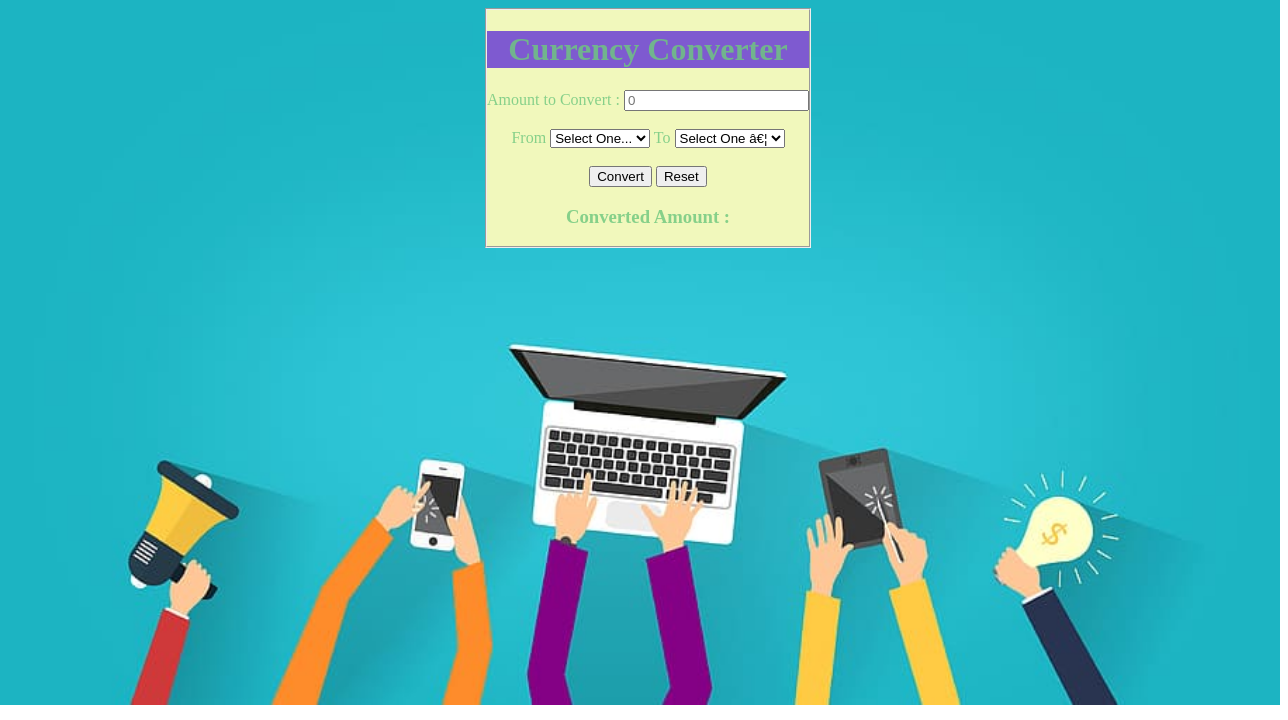
Repository: AJEET006/AdvanceJava-DSA
Page: ADVANCE_JAVA/HW_Example/WebContent/CurrencyConverter.html
An editor plug-in stored every save of this project. The page is shown before and after the next save, followed by the edit.
The browser window is 1280 px wide. The page is 1288 px wide, so the pictures cover 1288 px, including what lies to the right of the window. The pictures show the whole page.

Above is the page before, as saved 2022-06-21 19:58:00.

After the next save:
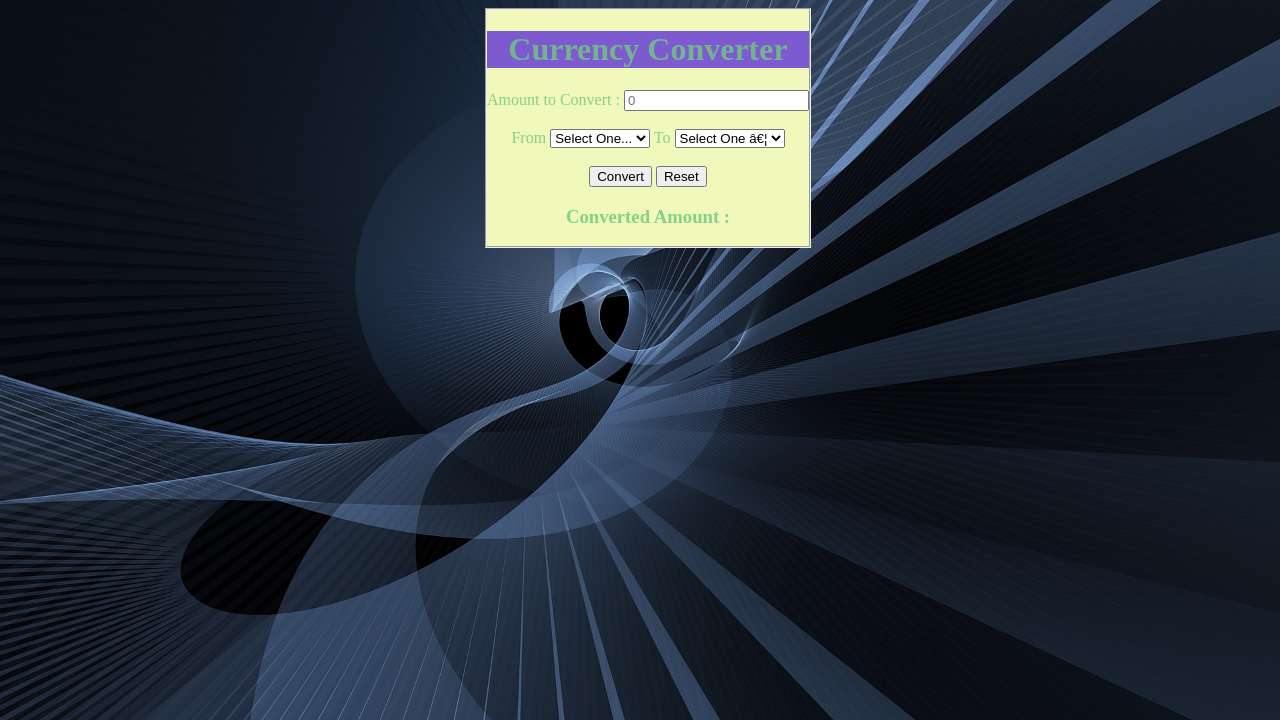
Saved 2 min 53 s later.
--- a/ADVANCE_JAVA/HW_Example/WebContent/CurrencyConverter.html
+++ b/ADVANCE_JAVA/HW_Example/WebContent/CurrencyConverter.html
@@ -2,7 +2,7 @@
 <html>
 <head>
 <style>
-	body{background-image:url("./home4.jpg"); height: 50%;width:100%;background-repeat: no-repeat;
+	body{background-image:url("./home3.jpg"); height: 50%;width:100%;background-repeat: no-repeat;
 	background-size: cover;}
 </style>
 <meta charset="ISO-8859-1">
